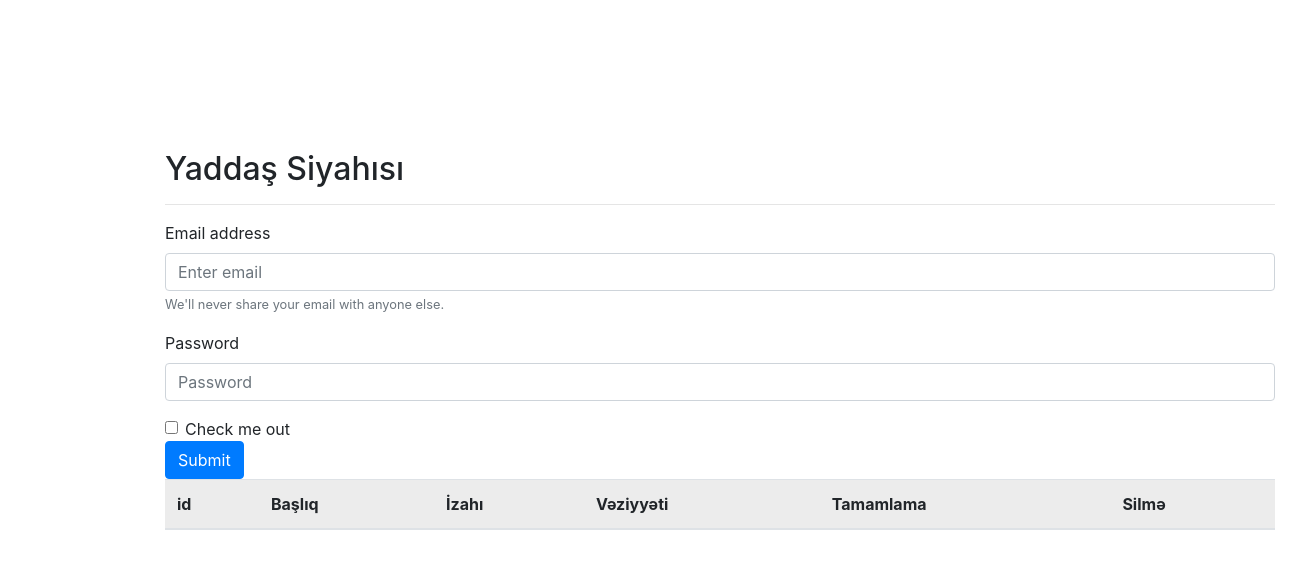
Repository: elvinyeka/ToDoApp
Page: http://localhost/
These files come from the project's save history. The page is drawn as it stood at one moment and after the next save; the edit follows.
The browser window is 1280 px wide. The page is 1290 px wide, so the pictures cover 1290 px, including what lies to the right of the window. The pictures show the whole page.
Some web libraries are served in a nearby version. The page is served by the project's application, run on Flask 3 (todo.py).

Above is the page before, as saved 2020-09-27 19:57:27.

After the next save:
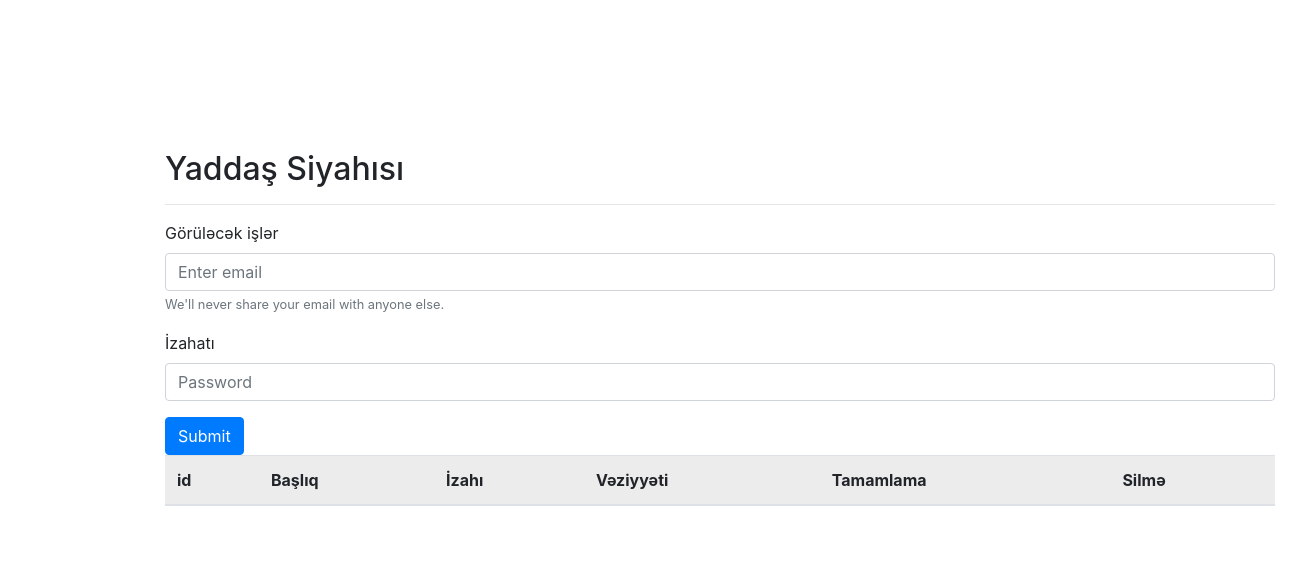
Saved 3 min 27 s later.
--- a/templates/index.html
+++ b/templates/index.html
@@ -14,18 +14,15 @@
         <hr>
         <form action="/add" method="POST">
             <div class="form-group">
-                <label for="exampleInputEmail1">Email address</label>
+                <label for="exampleInputEmail1">Görüləcək işlər</label>
                 <input type="email" class="form-control" id="exampleInputEmail1" aria-describedby="emailHelp" placeholder="Enter email">
                 <small id="emailHelp" class="form-text text-muted">We'll never share your email with anyone else.</small>
             </div>
             <div class="form-group">
-                <label for="exampleInputPassword1">Password</label>
+                <label for="exampleInputPassword1">İzahatı</label>
                 <input type="password" class="form-control" id="exampleInputPassword1" placeholder="Password">
             </div>
-            <div class="form-check">
-                <input type="checkbox" class="form-check-input" id="exampleCheck1">
-                <label class="form-check-label" for="exampleCheck1">Check me out</label>
-            </div>
+
             <button type="submit" class="btn btn-primary">Submit</button>
         </form>
         <table class="table table-hover">
